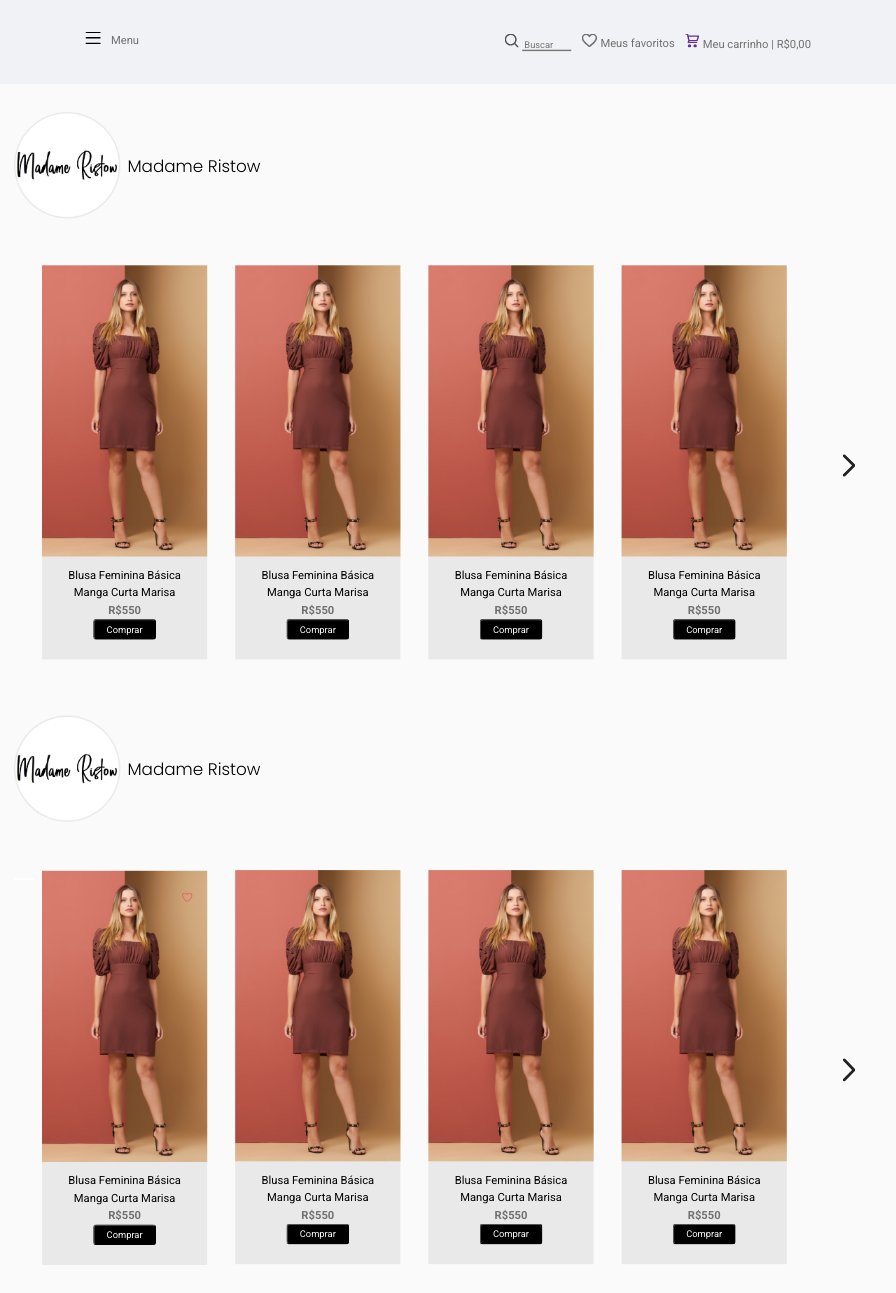
Repository: gutobarbosa/FrontEndLojaVirtual
Page: /
An editor plug-in stored every save of this project. The page is shown before and after the next save, followed by the edit.
The browser window is 1280 px wide. The pictures show the whole page, at 70% of full size.
The project was rebuilt for these pictures with package versions that can differ from the ones it lists, and the page was loaded fresh each time. Also part of the build but not shown: src/pages/Repository/styles.ts, src/services/api.ts, src/pages/Repository/index.tsx.

Above is the page before, as saved 2020-11-21 23:57:29.

After the next save:
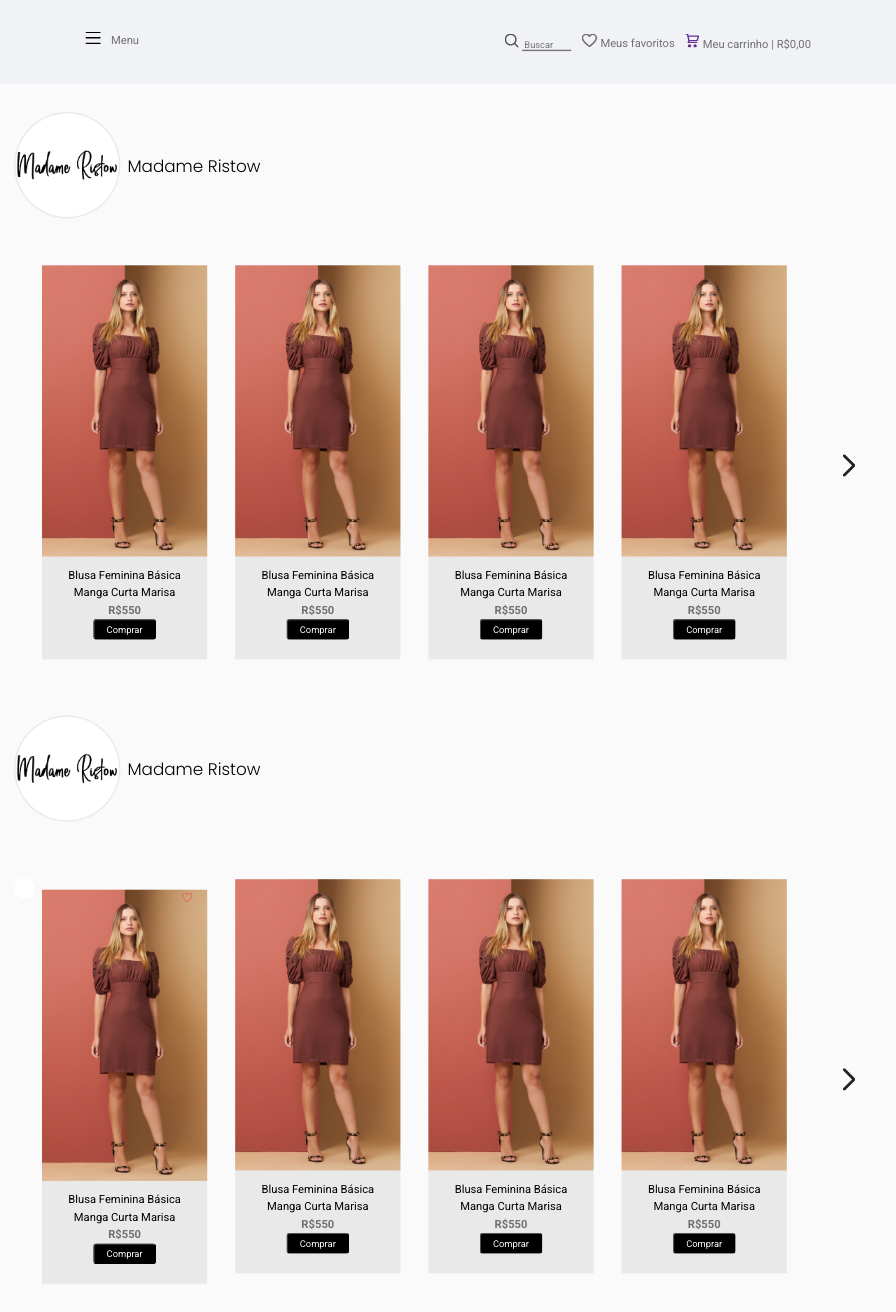
Saved 8 s later.
--- a/src/pages/Dashboard/styles.ts
+++ b/src/pages/Dashboard/styles.ts
@@ -35,7 +35,7 @@ align-items: center;
 
     .heart {
         width: 30px;
-        height: 3px;
+        height: 30px;
         background-color: white;
         border-radius: 15px;
     }
